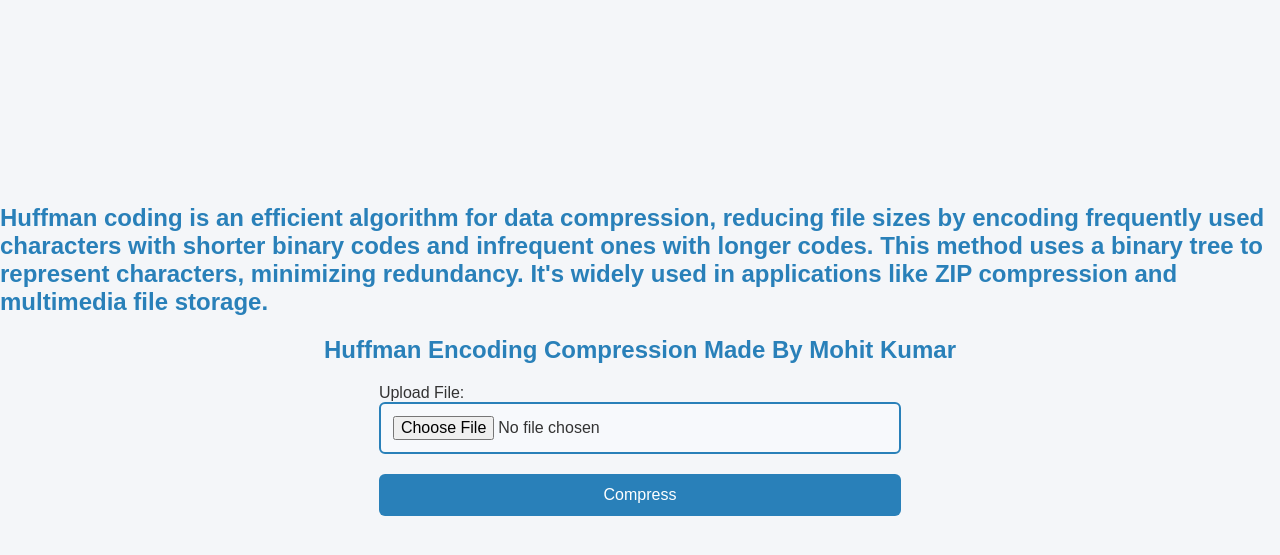
Repository: Mohitkumar1322/huffmane_coding
Page: http://localhost/
The author's editor kept a copy of each file at every save. The page is drawn from the files as they stood at one save, then again after a run of saves.
The browser window is 1280 px wide. The pictures show the whole page.
The page is served by the project's application, run on Flask 3 (main.py).

Above is the page before, as saved 2024-11-07 19:26:06.

After the next 3 saves:
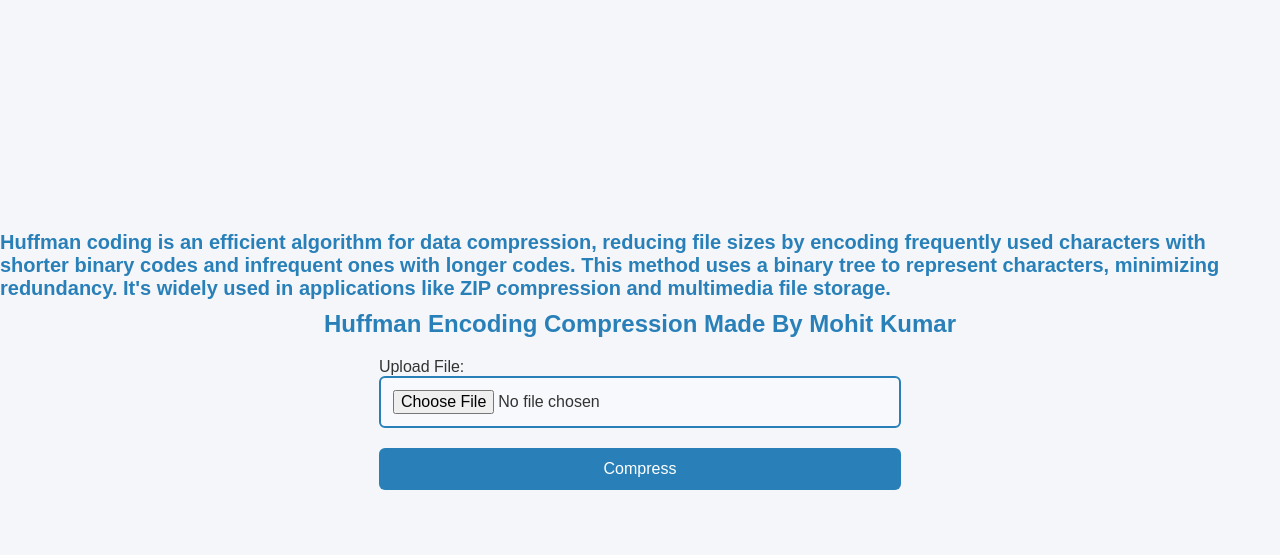
The 3 saves are shown as one change because they came seconds apart.
The last was saved 9 s later.
--- a/static/styles.css
+++ b/static/styles.css
@@ -34,9 +34,9 @@ h1 {
     font-weight: bold;
 }
 h2{
-    font-size: 24px;
+    font-size: 20px;
     color: #2980B9;
-    margin-bottom: 20px;
+    margin-bottom: 10px;
     font-weight: bold;
 }
 
